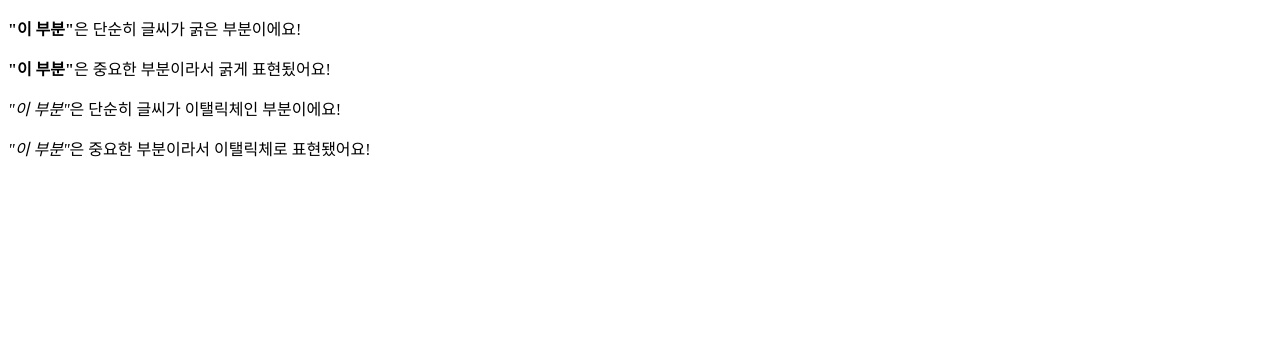
Repository: JaeHyun-Ban/study_html
Page: TCP_HTML/WebContent/ex02_07.html
An editor plug-in stored every save of this project. The page is shown before and after the next save, followed by the edit.
The browser window is 1280 px wide. The pictures show the whole page.

Above is the page before, as saved 2020-08-27 04:34:10.

### TCP_HTML/WebContent/ex02_07.html
<!DOCTYPE html>
<html>
<head>
<meta charset="UTF-8">
<title>강조 효과</title>
</head>
<body>
	<p><b>"이 부분"</b>은 단순히 글씨가 굵은 부분이에요!</p>
	<p><strong>"이 부분"</strong>은 중요한 부분이라서 굵게 표현됬어요!</p>

	<p><i>"이 부분"</i>은 단순히 글씨가 이탤릭체인 부분이에요!</p>
	<p><em>"이 부분"</em>은 중요한 부분이라서 이탤릭체로 표현됐어요!</p>

</body>
</html>

After the next save:
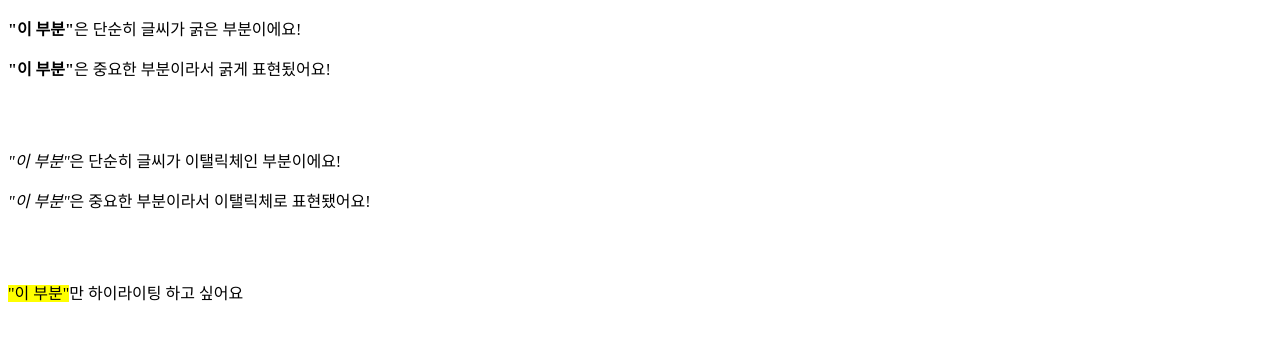
Saved 4 min 35 s later.
--- a/TCP_HTML/WebContent/ex02_07.html
+++ b/TCP_HTML/WebContent/ex02_07.html
@@ -8,8 +8,14 @@
 	<p><b>"이 부분"</b>은 단순히 글씨가 굵은 부분이에요!</p>
 	<p><strong>"이 부분"</strong>은 중요한 부분이라서 굵게 표현됬어요!</p>
 
+	<br><br>
+
 	<p><i>"이 부분"</i>은 단순히 글씨가 이탤릭체인 부분이에요!</p>
 	<p><em>"이 부분"</em>은 중요한 부분이라서 이탤릭체로 표현됐어요!</p>
 
+	<br><br>
+
+	<p><mark>"이 부분"</mark>만 하이라이팅 하고 싶어요</p>
+
 </body>
 </html>
